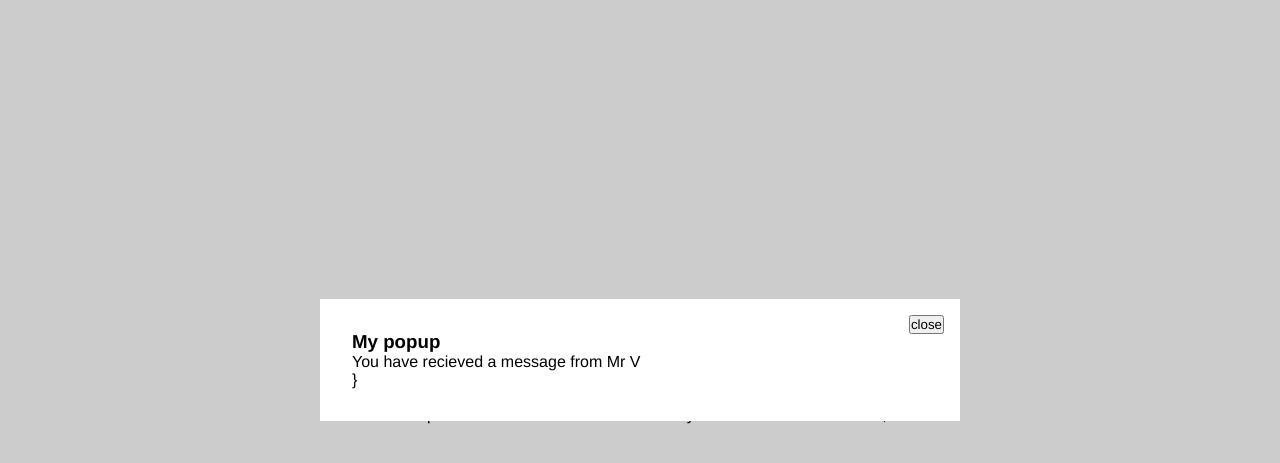
Repository: ThabangMpiti/notification3
Page: / (app in notipopu/), after clicking the first element matching `button`
The author's editor kept a copy of each file at every save. The page is drawn from the files as they stood at one save, then again after the next save.
The browser window is 1280 px wide. The pictures show the whole page.
The project was rebuilt for these pictures with package versions that can differ from the ones it lists, and the page was loaded fresh each time.

Above is the page before, as saved 2023-07-17 09:53:01.

After the next save:
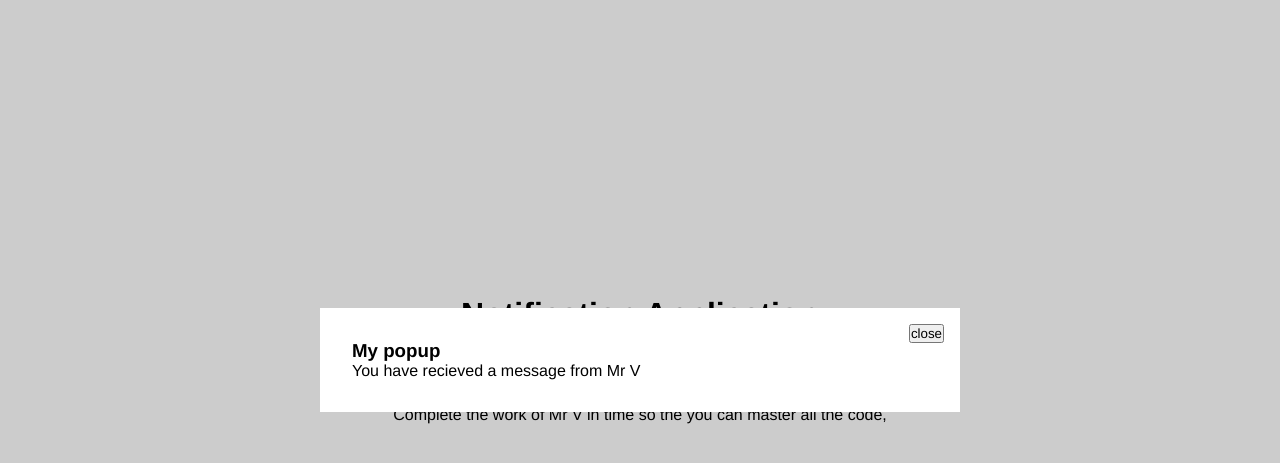
Saved 14 s later.
--- a/notipopu/src/Components/notificationpopup.js
+++ b/notipopu/src/Components/notificationpopup.js
@@ -1,5 +1,4 @@
 import React from 'react'
-import records from './records.json'
 import './Popup.css'
 
 function Popup(props){
@@ -7,7 +6,7 @@ function Popup(props){
         <div className="popup">
            <div className="popup-inner">
             <button className="close-btn" onClick={() => props.setTrigger(false)}>close</button>
-            { props.children }              }
+            { props.children }
            </div>
         </div>
     ) : " "
